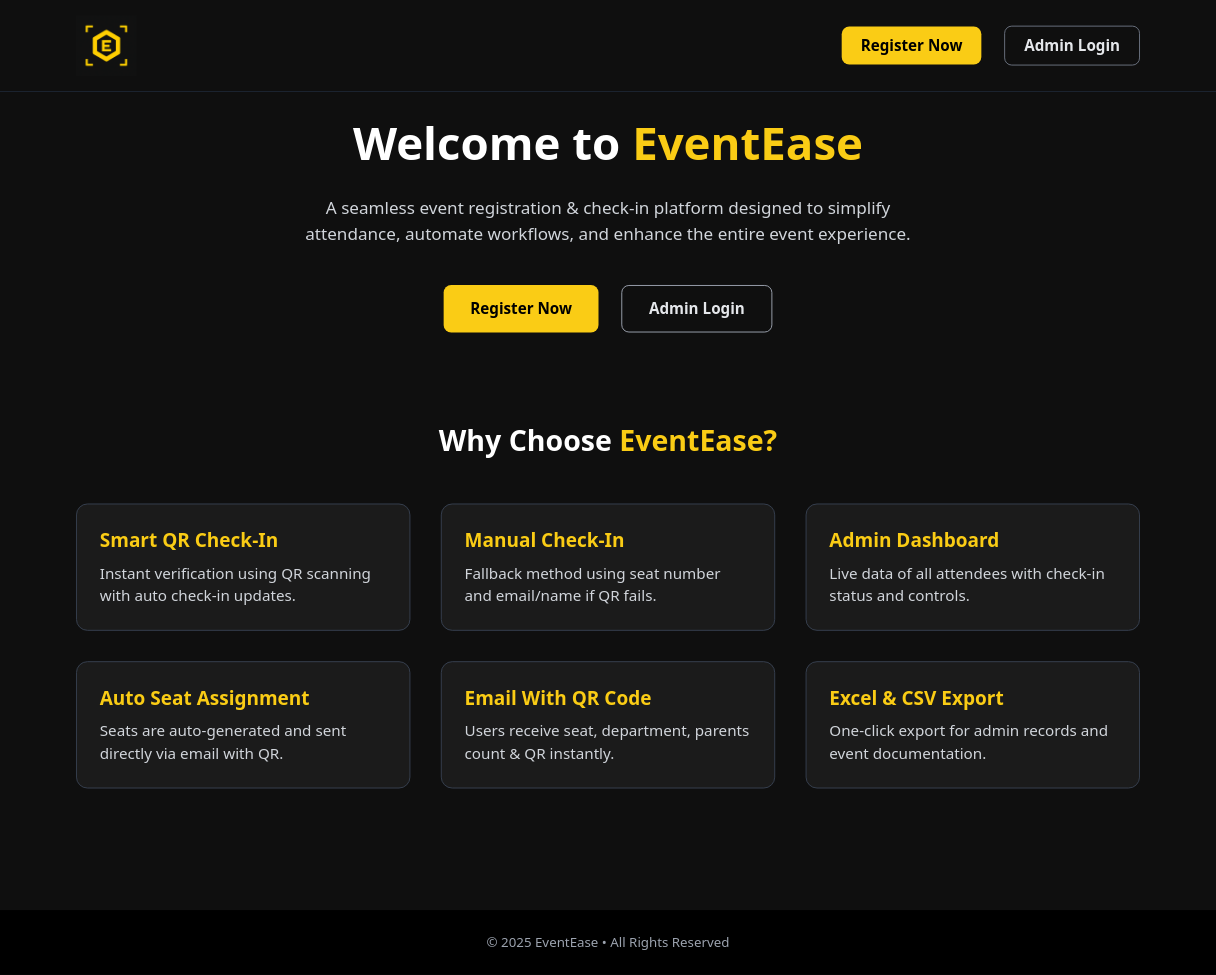
Repository: shravanramakunja/EventEase
Page: http://localhost/
These files come from the project's save history. The page is drawn as it stood at one moment and after the next save; the edit follows.
The browser window is 1280 px wide. The pictures show the whole page, at 95% of full size.
Some web libraries are served in a nearby version. The page is served by the project's Node server (server.js). Other server files are loaded and not shown.

Above is the page before, as saved 2025-11-29 17:20:53.

### views/index.ejs
<!DOCTYPE html>
<html lang="en">
<head>
  <meta charset="UTF-8" />
  <title>EventEase – Smart Event Check-In System</title>
  <script src="https://cdn.tailwindcss.com"></script>
</head>

<body class="bg-[#0f0f0f] text-white">

  <!-- NAVBAR -->
  <nav class="w-full bg-[#0f0f0f] border-b border-gray-800 fixed top-0 left-0 z-50">
    <div class="max-w-6xl mx-auto px-4 py-4 flex justify-between items-center">

      <!-- LOGO IMAGE -->
      <a href="/" class="flex items-center gap-3">
        <img src="/uploads/eventease-logo.png"
             alt="EventEase Logo"
             class="h-16 w-auto object-contain">
      </a>

      <!-- DESKTOP MENU -->
      <div class="hidden md:flex items-center gap-6">

        <a href="/register"
          class="bg-yellow-400 text-black px-5 py-2 rounded-lg font-semibold hover:bg-yellow-300 transition">
          Register Now
        </a>

        <a href="/admin"
          class="border border-gray-500 text-gray-200 px-5 py-2 rounded-lg font-semibold hover:bg-gray-800 transition">
          Admin Login
        </a>

      </div>

      <!-- MOBILE MENU BUTTON -->
      <button id="menuBtn" class="md:hidden text-yellow-400 text-3xl">
        ☰
      </button>

    </div>

    <!-- MOBILE MENU DROPDOWN -->
    <div id="mobileMenu" class="hidden bg-[#151515] border-t border-gray-700 md:hidden px-4 py-4 space-y-4">

      <a href="/register"
        class="block bg-yellow-400 text-black text-center px-5 py-2 rounded-lg font-semibold hover:bg-yellow-300 transition">
        Register Now
      </a>

      <a href="/admin"
        class="block border border-gray-500 text-gray-200 text-center px-5 py-2 rounded-lg font-semibold hover:bg-gray-800 transition">
        Admin Login
      </a>

    </div>
  </nav>

  <!-- SPACER (prevents hero from being hidden behind navbar) -->
  <div class="h-20"></div>

  <!-- HERO SECTION -->
  <section class="max-w-6xl mx-auto pt-10 pb-24 text-center px-4">
    <h1 class="text-5xl font-extrabold leading-tight">
      Welcome to <span class="text-yellow-400">EventEase</span>
    </h1>

    <p class="mt-6 text-lg text-gray-300 max-w-2xl mx-auto">
      A seamless event registration & check-in platform designed to simplify attendance,
      automate workflows, and enhance the entire event experience.
    </p>

    <div class="mt-10 flex justify-center gap-6">
      <a href="/register"
        class="bg-yellow-400 text-black font-semibold px-7 py-3 rounded-lg hover:bg-yellow-300 transition">
        Register Now
      </a>

      <a href="/admin"
        class="border border-gray-400 text-gray-200 font-semibold px-7 py-3 rounded-lg hover:bg-gray-800 transition">
        Admin Login
      </a>
    </div>
  </section>

  <!-- FEATURES SECTION -->
  <section class="max-w-6xl mx-auto pb-20 px-4">
    <h2 class="text-3xl font-bold text-center mb-12">
      Why Choose <span class="text-yellow-400">EventEase?</span>
    </h2>

    <div class="grid md:grid-cols-3 gap-8">

      <!-- Feature Card -->
      <div class="bg-[#1b1b1b] border border-gray-700 rounded-xl p-6 hover:scale-105 transition">
        <h3 class="text-xl font-semibold mb-2 text-yellow-400">Smart QR Check-In</h3>
        <p class="text-gray-300">Instant verification using QR scanning with auto check-in updates.</p>
      </div>

      <div class="bg-[#1b1b1b] border border-gray-700 rounded-xl p-6 hover:scale-105 transition">
        <h3 class="text-xl font-semibold mb-2 text-yellow-400">Manual Check-In</h3>
        <p class="text-gray-300">Fallback method using seat number and email/name if QR fails.</p>
      </div>

      <div class="bg-[#1b1b1b] border border-gray-700 rounded-xl p-6 hover:scale-105 transition">
        <h3 class="text-xl font-semibold mb-2 text-yellow-400">Admin Dashboard</h3>
        <p class="text-gray-300">Live data of all attendees with check-in status and controls.</p>
      </div>

      <div class="bg-[#1b1b1b] border border-gray-700 rounded-xl p-6 hover:scale-105 transition">
        <h3 class="text-xl font-semibold mb-2 text-yellow-400">Auto Seat Assignment</h3>
        <p class="text-gray-300">Seats are auto-generated and sent directly via email with QR.</p>
      </div>

      <div class="bg-[#1b1b1b] border border-gray-700 rounded-xl p-6 hover:scale-105 transition">
        <h3 class="text-xl font-semibold mb-2 text-yellow-400">Email With QR Code</h3>
        <p class="text-gray-300">Users receive seat, department, parents count & QR instantly.</p>
      </div>

      <div class="bg-[#1b1b1b] border border-gray-700 rounded-xl p-6 hover:scale-105 transition">
        <h3 class="text-xl font-semibold mb-2 text-yellow-400">Excel & CSV Export</h3>
        <p class="text-gray-300">One-click export for admin records and event documentation.</p>
      </div>

    </div>
  </section>

  <!-- FOOTER -->
  <footer class="bg-black py-6 mt-12">
    <p class="text-center text-gray-400 text-sm">
      © <%= new Date().getFullYear() %> EventEase • All Rights Reserved
    </p>
  </footer>

  <!-- MOBILE MENU JS -->
  <script>
    const btn = document.getElementById("menuBtn");
    const menu = document.getElementById("mobileMenu");

    btn.addEventListener("click", () => {
      menu.classList.toggle("hidden");
    });
  </script>

</body>
</html>

### server.js
// server.js

require("dotenv").config();
const express = require("express");
const path = require("path");
const session = require("express-session");
const bodyParser = require("body-parser");

const userRoutes = require("./routes/userRoutes");
const adminRoutes = require("./routes/adminRoutes");
const checkinRoutes = require("./routes/checkinRoutes");
const connectDB = require("./config/db");

const app = express();

// =====================
//  CONNECT DATABASE
// =====================
connectDB();

// =====================
//  MIDDLEWARE
// =====================
app.use(bodyParser.urlencoded({ extended: true }));
app.use(bodyParser.json());
app.use(express.json());
app.use(express.static(path.join(__dirname, "public")));

app.use(
  session({
    secret: process.env.SESSION_SECRET || "somesecretkey",
    resave: false,
    saveUninitialized: false,
    cookie: { maxAge: 24 * 60 * 60 * 1000 }
  })
);

// =====================
//  VIEW ENGINE
// =====================
app.set("view engine", "ejs");
app.set("views", path.join(__dirname, "views"));

// =====================
//  ROUTES
// =====================
app.use("/", userRoutes);
app.use("/admin", adminRoutes);
app.use("/checkin", checkinRoutes);
app.use("/checkin", require("./routes/checkinRoutes"));

// =====================
//  START SERVER
// =====================
const PORT = process.env.PORT || 5000;
app.listen(PORT, () => {
  console.log(`🚀 Server running on http://localhost:${PORT}`);
});

### routes/userRoutes.js
const express = require("express");
const router = express.Router();
const userController = require("../controllers/userController");

// Landing Page (Home)
router.get("/", (req, res) => {
  res.render("index");
});

// Show Registration Form
router.get("/register", (req, res) => {
  res.render("register");  // This is the new register.ejs
});

// Handle Registration Submit
router.post("/register", userController.registerUser);

// Success Page
router.get("/success", (req, res) => {
  res.render("success");
});

module.exports = router;

After the next save:
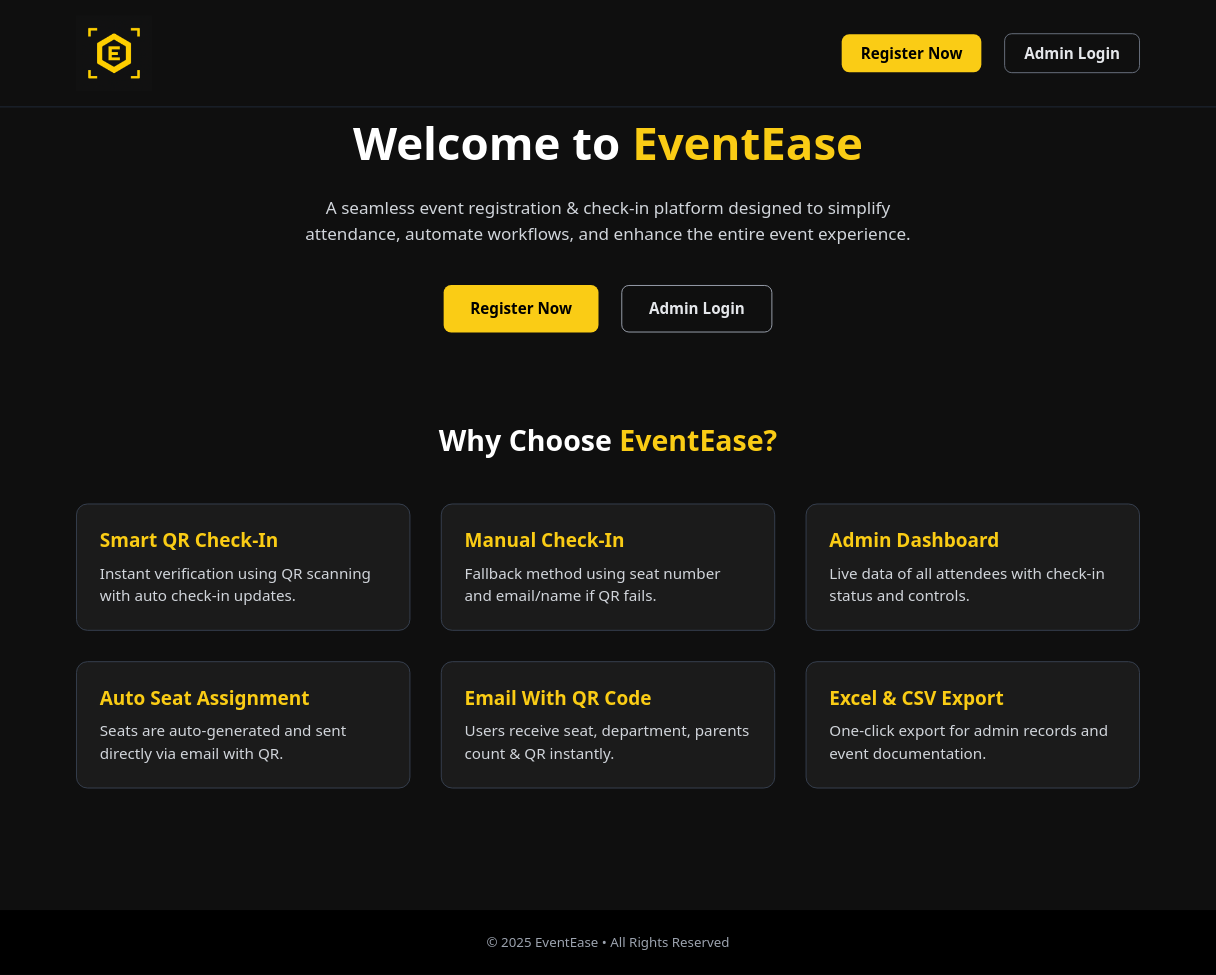
Saved 9 s later.
--- a/views/index.ejs
+++ b/views/index.ejs
@@ -16,7 +16,7 @@
       <a href="/" class="flex items-center gap-3">
         <img src="/uploads/eventease-logo.png"
              alt="EventEase Logo"
-             class="h-16 w-auto object-contain">
+             class="h-20 w-auto object-contain">
       </a>
 
       <!-- DESKTOP MENU -->
